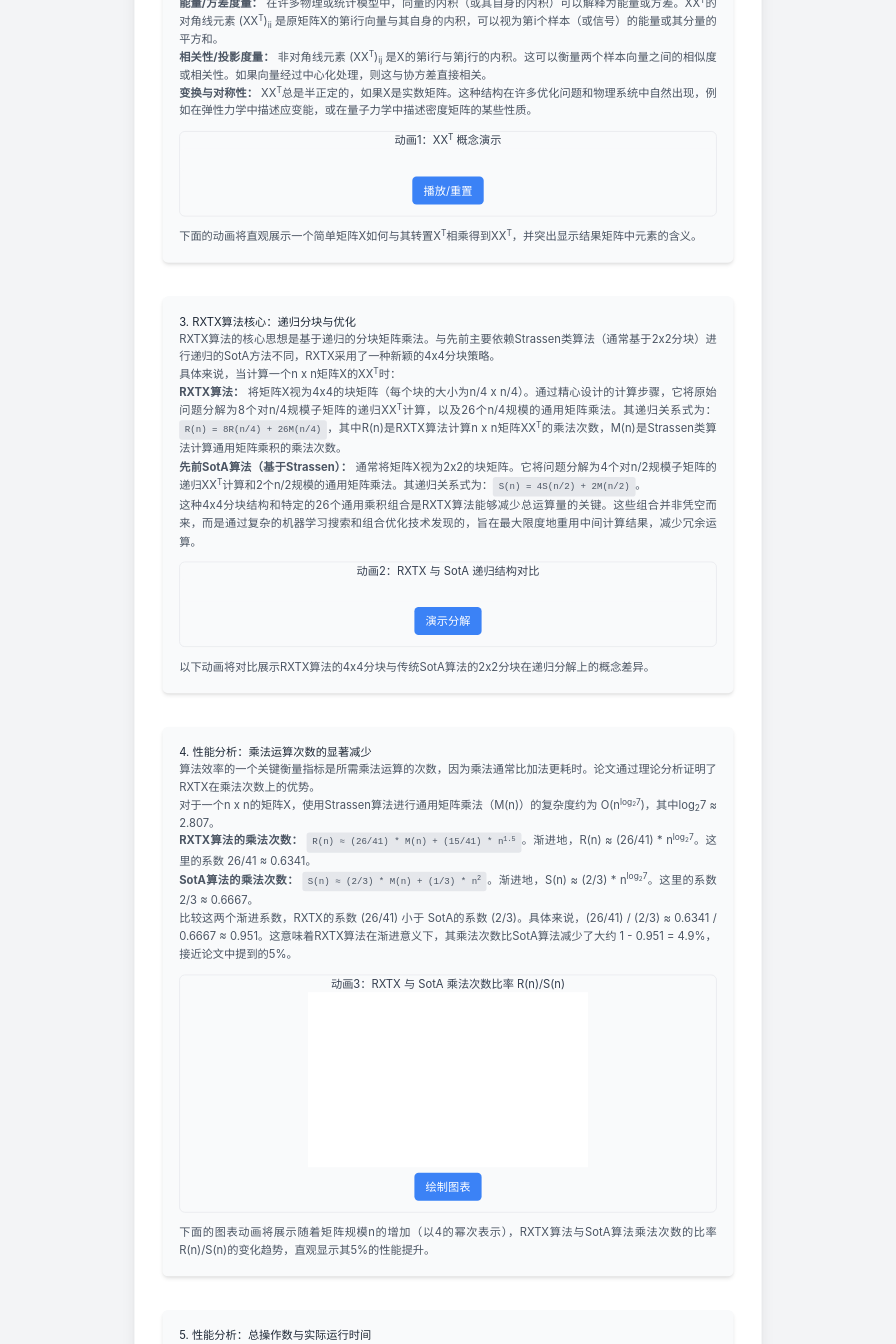
Repository: james130012/newcline
Page: useful/6.新矩阵乘法.html
The author's editor kept a copy of each file at every save. The page is drawn from the files as they stood at one save, then again after the next save.
The browser window is 1280 px wide. The pictures show the part of the page from y = 756 to 2676 px (the page is 4820 px tall before and 5640 px after), at 70% of full size.
Some web libraries are served in a nearby version.

Above is the page before, as saved 2025-05-17 16:08:34.

After the next save:
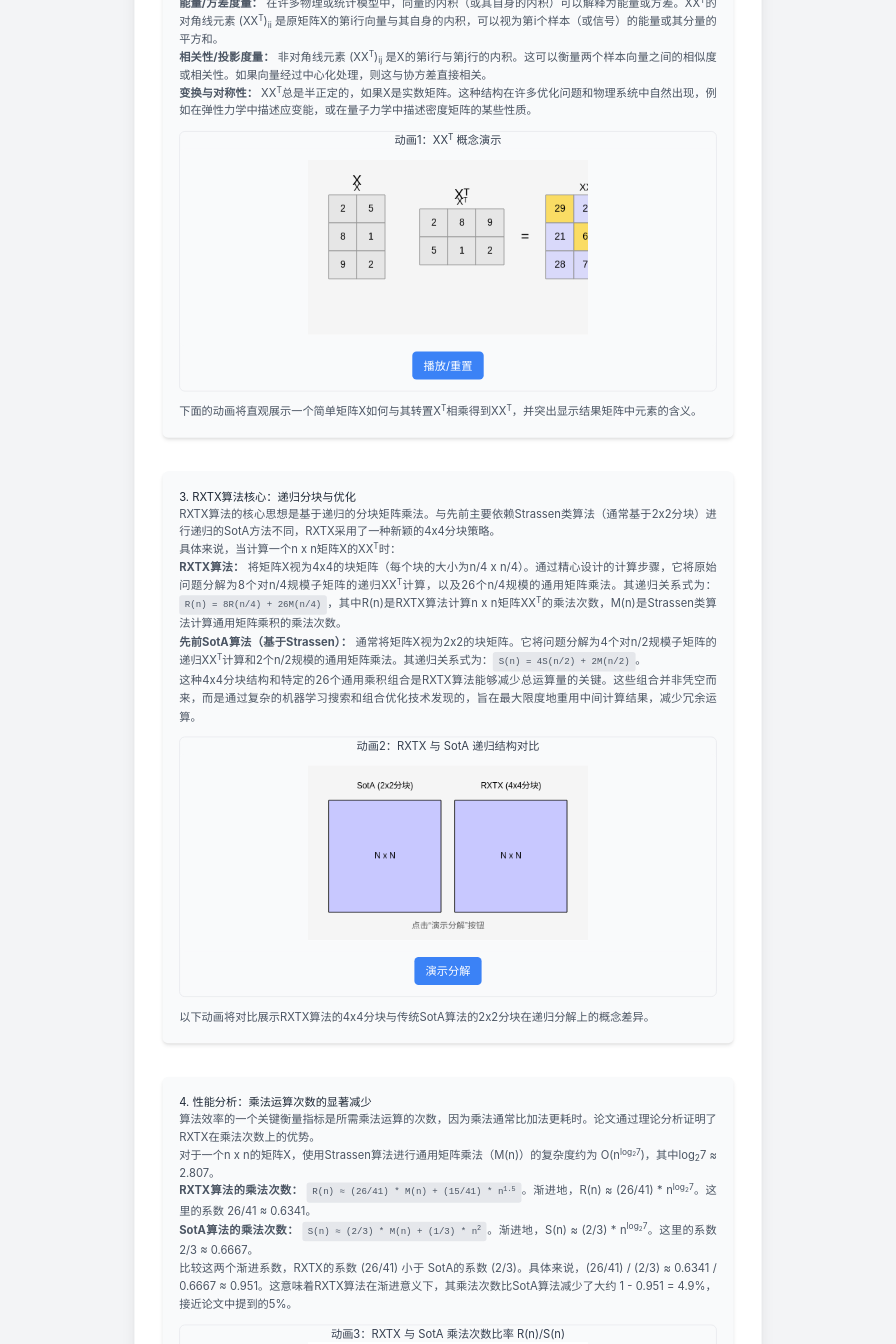
Saved 2 min 17 s later.
--- a/useful/6.新矩阵乘法.html
+++ b/useful/6.新矩阵乘法.html
@@ -605,4 +605,12 @@ p.setup = () => {
         p.pop();
     }
 };
-new p5(sketch5);
+// 移动到DOM加载后执行
+</script>
+</body>
+<script>
+document.addEventListener('DOMContentLoaded', () => {
+    new p5(sketch5);
+});
+</script>
+</html>
